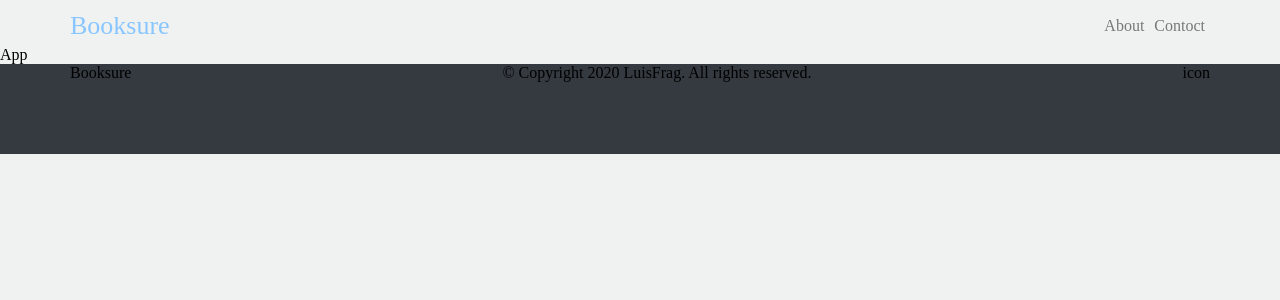
Repository: changesxxx/searchBooks
Page: /
An editor plug-in stored every save of this project. The page is shown before and after the next save, followed by the edit.
The browser window is 1280 px wide. The pictures show the whole page.
The project was rebuilt for these pictures with package versions that can differ from the ones it lists, and the page was loaded fresh each time. Also part of the build but not shown: craco.config.js.

Above is the page before, as saved 2024-06-24 12:02:47.

After the next save:
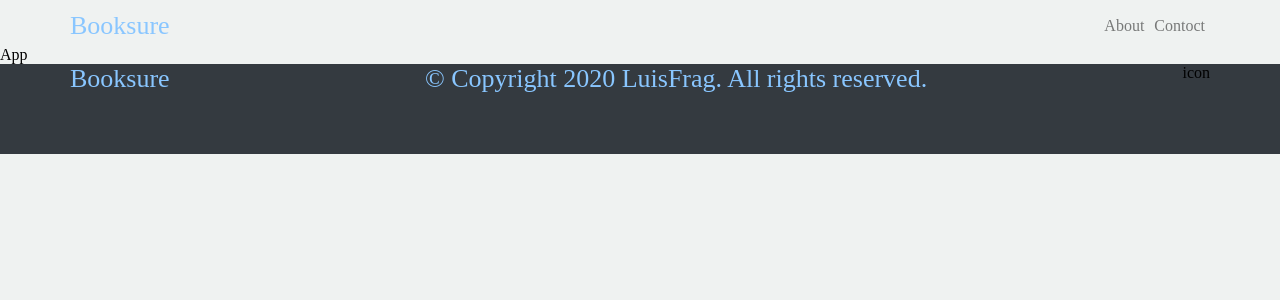
Saved 15 s later.
--- a/src/components/pageFooter/style.js
+++ b/src/components/pageFooter/style.js
@@ -7,8 +7,11 @@
   .content {
     display: flex;
     justify-content: space-between;
-    /* font-size: 26px;
-    color: #89c6ff; */
+
+    .title {
+      font-size: 26px;
+      color: #89c6ff;
+    }
   }
 `
 
